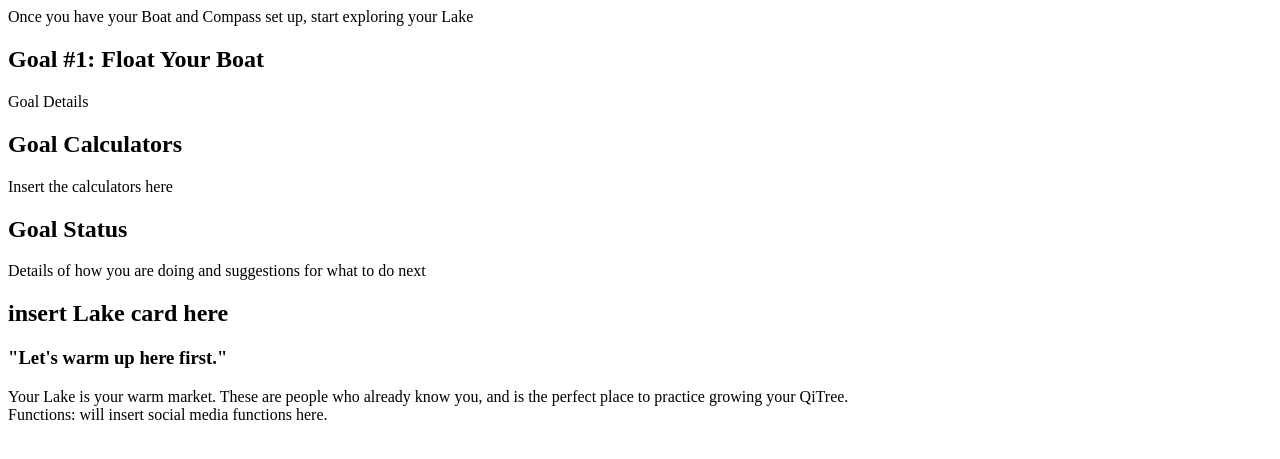
Repository: DevZubair/ionic-test
Page: www/templates/lake.html
The author's editor kept a record of every edit. The page is drawn from the files as they stood at one moment, then again after the next edit.
The browser window is 1280 px wide. The pictures show the whole page.

Above is the page before.

After the next edit:
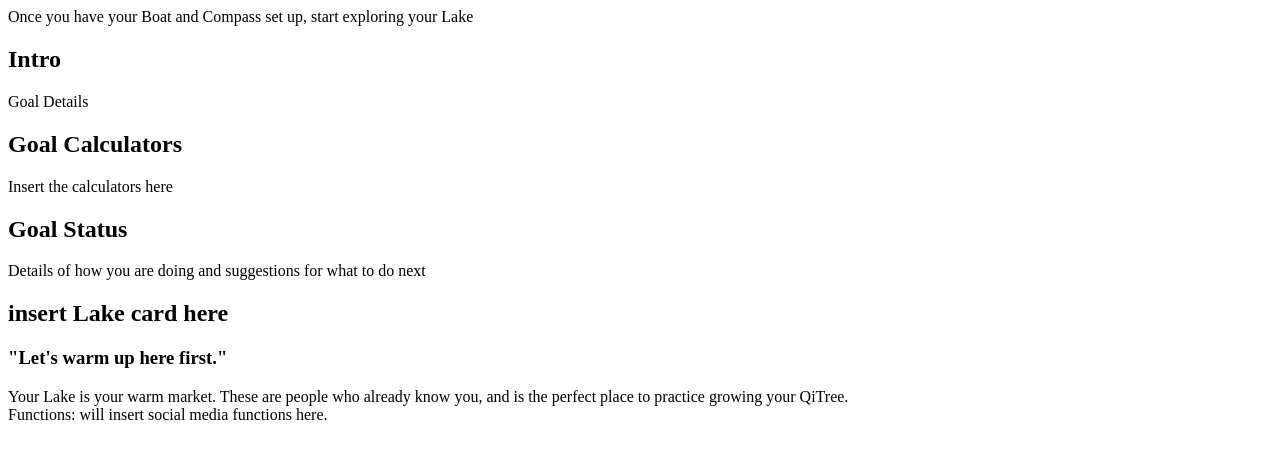
The edit:
--- a/www/templates/lake.html
+++ b/www/templates/lake.html
@@ -5,7 +5,7 @@
     </div>
      <div class="card">
       <div class="item item-divider">
-        <h2>Goal #1: Float Your Boat</h2>
+        <h2>Intro</h2>
       </div>
       <div class="item item-text-wrap">
         <p>Goal Details </p>
